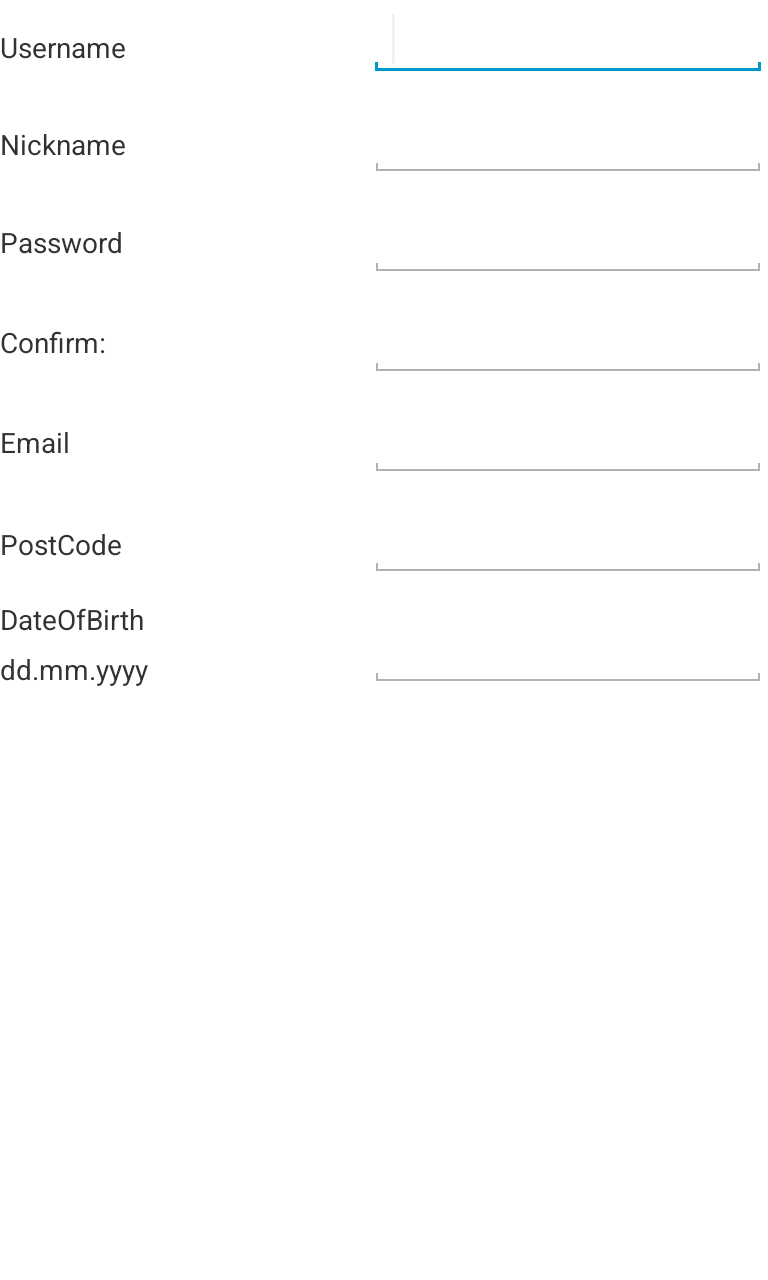
Repository: mpdehnel/seg
Layout: VectorOne/res/layout/activity_addnewuser.xml
An editor plug-in stored every save of this project. The layout is shown before and after the next save, followed by the edit.
It is drawn on a 768 x 1280 px phone screen (xhdpi) without system bars, with theme AppTheme; the app's code is not run.

Above is the layout before, as saved 2013-02-18 04:41:06.

After the next save:
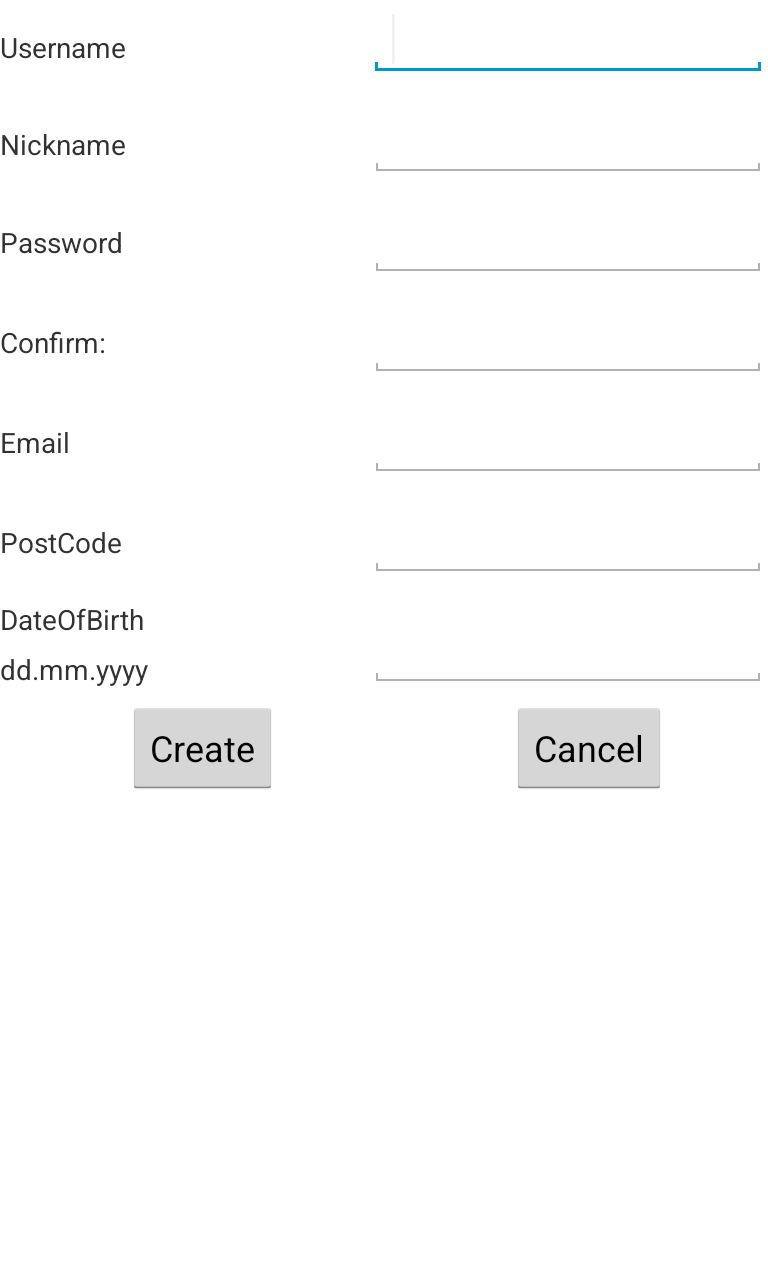
Saved 4 min 3 s later.
--- a/VectorOne/res/layout/activity_addnewuser.xml
+++ b/VectorOne/res/layout/activity_addnewuser.xml
@@ -147,8 +147,9 @@
             android:id="@+id/PostCode"
             android:layout_width="100dp"
             android:layout_height="25dp"
-            android:layout_alignParentLeft="true"
-            android:layout_centerVertical="true"
+            android:layout_alignBaseline="@+id/PostCodeInput"
+            android:layout_alignBottom="@+id/PostCodeInput"
+            android:layout_alignParentLeft="true"
             android:text="PostCode" />
 
     </RelativeLayout>
@@ -184,4 +185,28 @@
 
     </RelativeLayout>
 
+    <RelativeLayout
+        android:layout_width="match_parent"
+        android:layout_height="wrap_content" >
+
+        <Button
+            android:id="@+id/button1"
+            android:layout_width="wrap_content"
+            android:layout_height="wrap_content"
+            android:layout_alignParentLeft="true"
+            android:layout_alignParentTop="true"
+            android:layout_marginLeft="63dp"
+            android:text="Create" />
+
+        <Button
+            android:id="@+id/Cancel"
+            android:layout_width="wrap_content"
+            android:layout_height="wrap_content"
+            android:layout_alignParentRight="true"
+            android:layout_alignParentTop="true"
+            android:layout_marginRight="50dp"
+            android:text="Cancel" />
+
+    </RelativeLayout>
+
 </LinearLayout>
